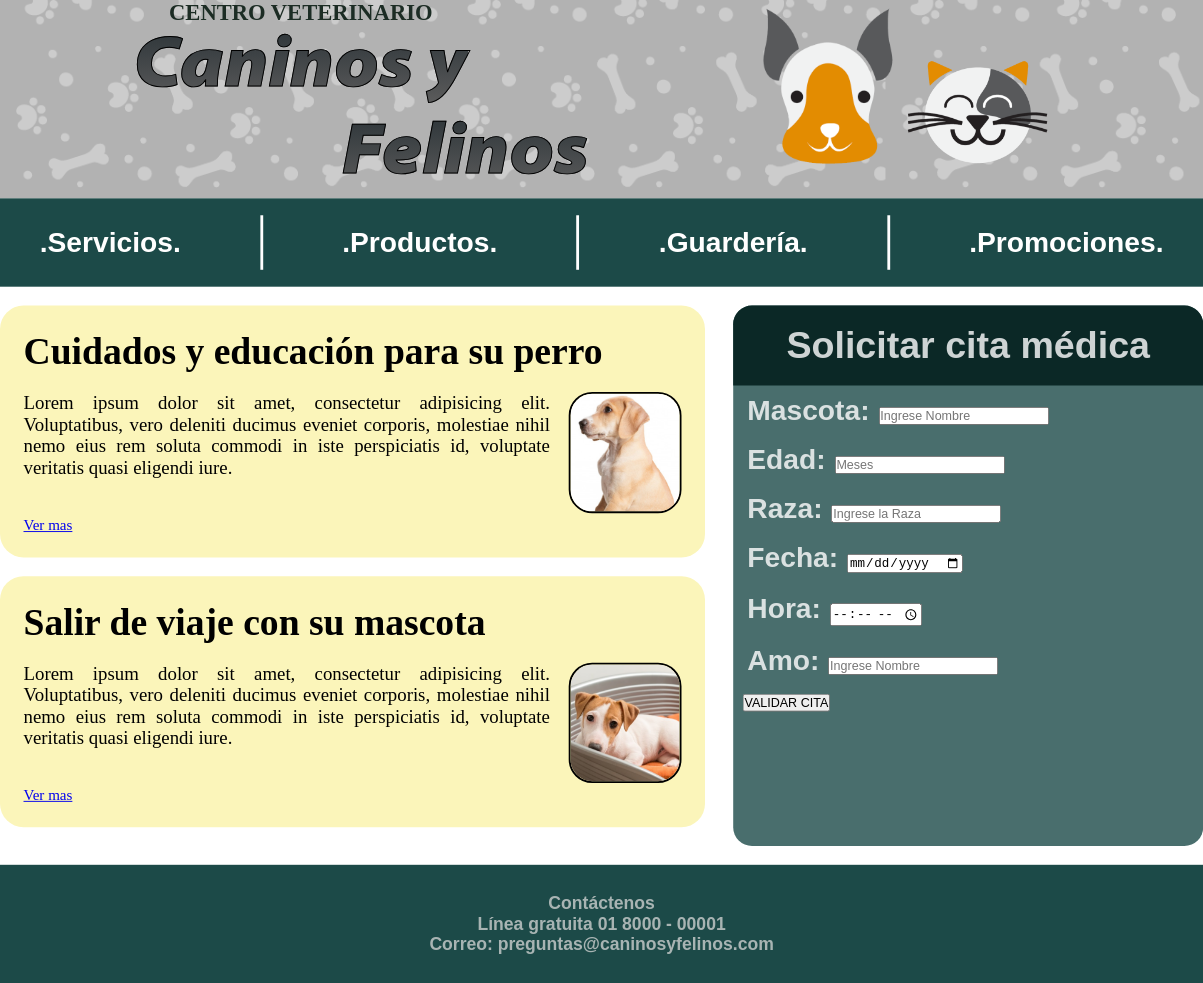
Repository: mariomr87/senaweb01
Page: principal.html
These files come from the project's save history. The page is drawn as it stood at one moment and after the next save; the edit follows.
The browser window is 1280 px wide. The pictures show the whole page, at 94% of full size.

Above is the page before, as saved 2021-10-23 13:44:09.

### principal.html
<!DOCTYPE html>
<html lang="en">
<head>
    <meta charset="UTF-8">
    <meta http-equiv="X-UA-Compatible" content="IE=edge">
    <meta name="viewport" content="width=device-width, initial-scale=1.0">
    <link rel="stylesheet" href="estilos.css">
    <title>Document</title>
</head>
<body>
    <div>
        <header>
            <div id="cabecera">
                <div class="header-text">
                    <h3>CENTRO VETERINARIO</h3>
                    <h1><span id="header-text-degrad">Caninos y <br><span id="text-felinos">Felinos</span></spa></h1>
                </div>
                <div class="header-img">
                    <img src="./imagenes/dog_white.png" alt="">
                    <img src="./imagenes/cat_white.png" alt="">
                </div>
            </div>
        </header>
        <nav>
            <td>
                <tr><a href="">.Servicios.</a><span class="linea"></span></tr>
                <tr><a href="">.Productos.</a><span class="linea"></span></tr>
                <tr><a href="">.Guardería.</a><span class="linea"></span></tr>
                <tr><a href="">.Promociones.</a></tr>
            </td>
        </nav>
        <div class="centro-pag">
            <section>
                <article>
                    <h2>Cuidados y educación para su perro</h2>
                    <div class="centropag-texto">
                        <p>Lorem ipsum dolor sit amet, consectetur adipisicing elit. Voluptatibus, vero deleniti ducimus eveniet corporis, molestiae nihil nemo eius rem soluta commodi in iste perspiciatis id, voluptate veritatis quasi eligendi iure.</p>
                        <div><img src="./imagenes/perro1.png" alt=""></div>
                    </div>
                    <a href="#">Ver mas</a>
                </article>
                <article>
                    <h2>Salir de viaje con su mascota</h2>
                    <div class="centropag-texto">
                        <p>Lorem ipsum dolor sit amet, consectetur adipisicing elit. Voluptatibus, vero deleniti ducimus eveniet corporis, molestiae nihil nemo eius rem soluta commodi in iste perspiciatis id, voluptate veritatis quasi eligendi iure.</p>
                        <div><img src="./imagenes/perro2.png" alt=""></div>
                    </div>
                    <a href="#">Ver mas</a>
                </article>
            </section>
            <aside>
                <form action="">
                    <div><h2>Solicitar cita médica</h2></div>
                    <div class="cuestionario">
                        <label for="mascota_name">Mascota:</label>
                        <input type="text" placeholder="Ingrese Nombre" id=""><br>

                        <label for="age_pet">Edad:</label>
                        <input type="number" name="" id="" placeholder="Meses"><br>

                        <label for="raza_pet">Raza:</label>
                        <input type="text" name="" id="" placeholder="Ingrese la Raza"><br>

                        <label for="fecha_ingreso_pet">Fecha:</label>
                        <input type="date" name="" id=""><br>

                        <label for="hora_ingreso_pet">Hora:</label>
                        <input type="time" name="" id=""><br>

                        <label for="amo_pet">Amo:</label>
                        <input type="text" name="" id="" placeholder="Ingrese Nombre"><br>

                        <button type="submit">VALIDAR CITA</button>
                    </div>
                </form>
            </aside>
        </div>
        <footer>
            <h3>Contáctenos</h3>
            <h3>Línea gratuita 01 8000 - 00001</h3>
            <h3>Correo: preguntas@caninosyfelinos.com</h3>
        </footer>
    </div>
</body>
</html>

### estilos.css
*{
    margin: 0px;
    padding: 0px;
    box-sizing:border-box;
}

@font-face {
    font-family: Myriad_Pro ;
    src: url(./extra/MyriadProBlackSemiExtendedItalic.otf);
}

h1{
    font-family: Myriad_pro;
}

header div img{
    width: 10em;
}

#cabecera{
    background-image: url("./imagenes/fondo.png");
    background-repeat: initial;
    width: 100%;
    display: flex;
    text-align: center;
}

.header-text,.header-img{
    width:50%;
}

.header-text h3{
    font-size: 1.5em;
    color:#1c2c24;
}

.header-text h1{
    font-size: 4.8em;
}

#header-text-degrad{
    background: linear-gradient(#30373b,#5c5c5c);
    -webkit-background-clip: text;
    -webkit-text-fill-color: transparent;
    -webkit-text-stroke: 1px black;
}

#text-felinos{
    margin-left: 350px;
}

nav{
    display: flex;
    flex-direction: row;
    justify-content: space-around;
    background: #1c4a48;
    margin-bottom: 20px;
}

nav a{
    color: #fff;
    font-weight: bold;
    text-decoration: none;
    font-size: 30px;
    font-family: Arial, Helvetica, sans-serif;
    padding: 30px 0;
}

.linea{
    border-right: 3px solid #fff;
    margin: 18px 0;
}

.centro-pag{
    display: flex;
}

.centropag-texto{
    display: flex;
    padding-top: 20px;
}

section{
    width: 60%;
    margin-right: 30px;
}

article{
    background: #fbf5ba;
    margin-bottom: 20px;
    padding: 25px;
    border-radius: 25px;
}

article h2{
    font-size: 40px;
}

article p{
    font-size: 20px;
    text-align: justify;
    padding-right: 20px;
}

article div img {
    width: 120px;
    border: 2px solid black;
    border-radius: 25px;
}

form  div h2{
    background:#0b2826 ;
    border-radius: 20px 20px 0 0;
    color: #ced4d4;
    font-size: 40px;
    padding: 20px 0;
    text-align: center;
}

aside{
    font-family: Arial, Helvetica, sans-serif;
    background: #496e6d;
    width: 40%;
    border-radius: 20px;
}

form label{
    font-weight:bold;
    font-size: 30px;
    color: #dae1e1;
    padding: 5px;
}

.cuestionario{
    padding: 10px;
}

.cuestionario label,input,button{
    margin-bottom: 20px;
}

footer{
    text-align: center;
    background: #1c4a48;
    color: #a8b4b3;
    padding: 30px 0;
    font-family: Arial, Helvetica, sans-serif;
    margin-top: 20px;
}

After the next save:
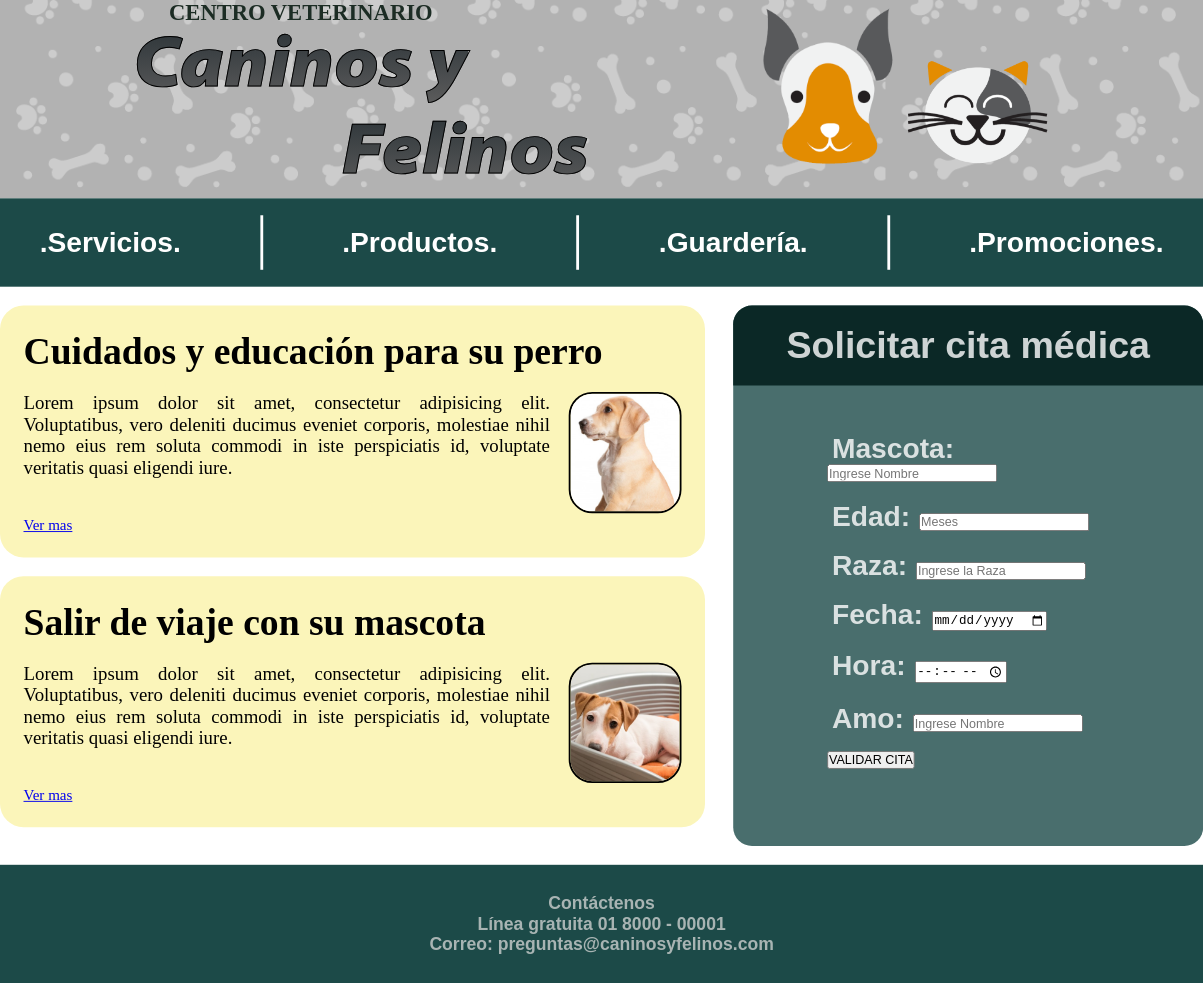
Saved 12 s later.
--- a/estilos.css
+++ b/estilos.css
@@ -132,7 +132,7 @@ form label{
 }
 
 .cuestionario{
-    padding: 10px;
+    padding: 10% 20%;
 }
 
 .cuestionario label,input,button{
